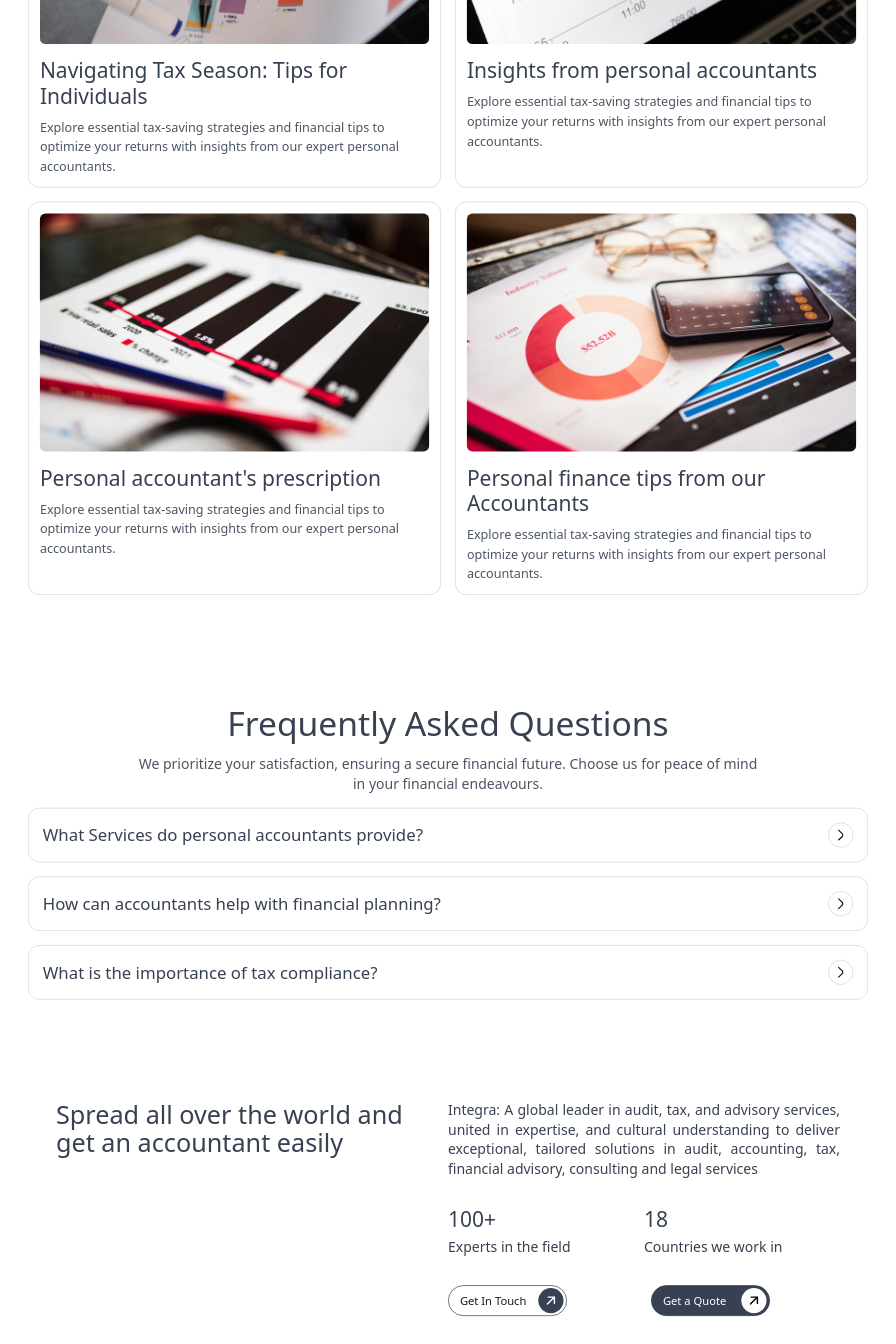
Repository: vespersolutionspk18/integrast-website
Page: /
These files come from the project's save history. The page is drawn as it stood at one moment and after the next save; the edit follows.
The browser window is 1280 px wide. The pictures show the part of the page from y = 2380 to 4300 px (the page is 4300 px tall before and 4216 px after), at 70% of full size.
The project was rebuilt for these pictures with package versions that can differ from the ones it lists, and the page was loaded fresh each time. The framework's server and built-in components were replaced by stand-ins that run in the browser. Also part of the build but not shown: next.config.ts.

Above is the page before, as saved 2024-12-12 14:46:44.

### app/layout.tsx
import type { Metadata } from "next";
import localFont from "next/font/local";
import "./globals.css";

const geistSans = localFont({
  src: "./fonts/GeistVF.woff",
  variable: "--font-geist-sans",
  weight: "100 900",
});
const geistMono = localFont({
  src: "./fonts/GeistMonoVF.woff",
  variable: "--font-geist-mono",
  weight: "100 900",
});

export const metadata: Metadata = {
  title: "Integra Strategy",
  description: "-",
};

export default function RootLayout({
  children,
}: Readonly<{
  children: React.ReactNode;
}>) {
  return (
    <html lang="en">
      <body
        className={`${geistSans.variable} ${geistMono.variable} antialiased`}
      >
        {children}
      </body>
    </html>
  );
}

### app/page.tsx
import Image from "next/image";
import Header from "./Header";
import Hero from "./Hero";
import Services from "./Services";
import Postsart from "./Postsart";
import Faqsection from "./Faqsection";
import GetinTouchSection from "./GetinTouchSection";

export default function Home() {
  return (
    <div>
      <Header />
      <Hero />
      <Services />
      <Postsart />
      <Faqsection />
      <GetinTouchSection />
    </div>
  );
}

### app/Hero.tsx
import React from 'react'
import ButtonArrowwhite from "@/public/assets/buttonarrowwhite.svg";
import ButtonArrow from "@/public/assets/buttonarrow.svg";
const Hero = () => {
  return (
    <div className="flex flex-col p-10 ">
        <div className="flex flex-row mt-24 h-[190px] gap-5 ">
            <div className="w-[55%] flex flex-col">
                <h1 className="font-light font-sans text-6xl text-gray-600">Unlock Prosperity, <span className="text-gray-800">Choose Expert Guidance</span></h1>
                <h4 className="text-xl font-sans font-light text-gray-900 mt-6">Embark on a transformative journey to financial prosperity with our personalized accountancy services</h4>
            </div>
            <div className="w-[45%] flex flex-col justify-between ">
                <h4 className="text-xl text-justify font-light font-sans text-gray-900">Unlock tailored strategies, benefit from insightful guidances, and follow a clear pathway to achieve your financial success. Elevate your financial journey with our dedicated support and expertise. Contact us today to start your journey towards financial freedom.</h4>
                <div className="flex flex-row gap-5 pt-10">
                <div>
                <div id="button"
  className="group  bg-white h-[44px] flex-row border-[1px] border-gray-700 text-gray-900 text-[16px] py-1 px-1 font-light rounded-full hidden md:flex items-center justify-between w-[170px] transition-width duration-500 ease-in-out  hover:w-[195px] hover:bg-gray-700 hover:border-gray-700 hover:text-white hover:cursor-pointer "

>
  <div className="mx-3 font-sans font-regular">Get In Touch</div>
  <div className="bg-gray-700 rounded-full h-[36px] w-[36px] flex items-center justify-center transition-transform duration-500 ease-in-out group-hover:rotate-45">
    <ButtonArrowwhite className="h-[24px] w-[24px]" />
  </div>
            </div>
                </div>
                <div>
                <div id="button"
  className="group  bg-gray-700 h-[44px] flex-row border-[1px] border-gray-700 text-white text-[16px] py-1 px-1 font-light rounded-full hidden md:flex items-center justify-between w-[170px] transition-width duration-500 ease-in-out  hover:w-[195px] hover:bg-white hover:border-gray-700 hover:text-gray-700 hover:cursor-pointer "

>
  <div className="mx-3 font-sans font-regular">Get a Quote</div>
  <div className="bg-white rounded-full h-[36px] w-[36px] flex items-center justify-center transition-transform duration-500 ease-in-out group-hover:rotate-45 group-hover:border-[1px] group-hover:border-gray-700">
    <ButtonArrow className="h-[24px] w-[24px]" />
  </div>
            </div>
                </div>

                </div>
            </div>
        </div>


        <div className="flex flex-row h-[380px] gap-4 mt-16">
            <div className="w-[70%] transition-all duration-500 ease-in-out hover:w-[90%] rounded-2xl bg-cover bg-center" style={{backgroundImage: `url('/assets/heroimage3.jpg')`}}></div>
            <div className="w-[30%] transition-all duration-500 ease-in-out hover:w-[40%] flex flex-col justify-between ">
                <div className="w-full h-full rounded-2xl bg-cover bg-center" style={{backgroundImage: `url('/assets/heroimage4.jpg')`}}></div>
                <h5 className="font-sans text-gray-900 text-justify text-xl mt-3  font-light">Tailored solutions, expert guidance, and strategic planning to secure your wealth and achieve your financial goals seamlessly</h5>
            </div>
        </div>
    </div>
  )
}

export default Hero

### app/Services.tsx
import React from 'react'
import ButtonArrowwhite from "@/public/assets/buttonarrowwhite.svg";
import ButtonArrow from "@/public/assets/buttonarrow.svg";
const Services = () => {
  return (
    <div className="flex flex-col p-10 mt-16 items-center ">
        <div className="flex flex-row items-start justify-start ">
            <div className="w-1/2 font-sans font-light text-5xl text-gray-700">We collaborate across diverse industry landscapes</div>
            <div className="w-1/2 font-sans text-gray-900 text-justify text-xl  font-light">Our commitment to fostering dynamic collaboration allows to navigate the unique challenges and intricacies of various sectors. Our versatile approach ensures tailored solutions that resonate with the distinct needs of each industry.</div>
        </div>
        <div className="flex flex-row gap-5 mt-16">
            <div className="rounded-2xl w-1/3 h-[540px] bg-cover bg-center flex items-end  " style={{backgroundImage: `url('/assets/audit.jpg')`}}>
            <div className="group">
  <div className="bg-white m-4  rounded-[12px] flex flex-col relative transition-all duration-500 ease-in-out hover:pb-[120px] min-h-[180px]">
    <h5 className="ml-5 mt-5 mr-5 mb-5 font-sans text-3xl text-gray-700 font-light">
      Accounting & Finance
    </h5>
    <p className="ml-5 mr-5 mb-5 text-justify font-sans font-light text-xl text-gray-600">
      We are committed to serving the public interest by providing objective assurance over data on which investors rely.
    </p>
    {/* Hidden div */}
    <div className="absolute bottom-5 left-5 text-xl font-sans font-light  text-gray-600 px-4 py-2 rounded-md opacity-0 invisible transition-all duration-500 group-hover:opacity-100 group-hover:visible hover:text-black hover:cursor-pointer  hover:underline">
      Learn More
    </div>
  </div>
</div>

</div>
            <div className="rounded-2xl w-1/3 h-[540px] bg-cover bg-center flex items-end" style={{backgroundImage: `url('/assets/tax.jpg')`}}>
            <div className="group">
  <div className="bg-white m-4  rounded-[12px] flex flex-col relative transition-all duration-500 ease-in-out hover:pb-[120px] min-h-[180px]">
    <h5 className="ml-5 mt-5 mr-5 mb-5 font-sans text-3xl text-gray-700 font-light">
      Tax & Legal
    </h5>
    <p className="ml-5 mr-5 mb-5 text-justify font-sans font-light text-xl text-gray-600">
      We are committed to serving the public interest by providing objective assurance over data on which investors rely.
    </p>
    {/* Hidden div */}
    <div className="absolute bottom-5 left-5 text-xl font-sans font-light  text-gray-600 px-4 py-2 rounded-md opacity-0 invisible transition-all duration-500 group-hover:opacity-100 group-hover:visible hover:text-black hover:cursor-pointer  hover:underline">
      Learn More
    </div>
  </div>
</div>
</div>
            <div className="rounded-2xl w-1/3 h-[540px] bg-cover bg-center flex items-end" style={{backgroundImage: `url('/assets/tech.jpg')`}}>
            <div className="group">
  <div className="bg-white m-4  rounded-[12px] flex flex-col relative transition-all duration-500 ease-in-out hover:pb-[120px] min-h-[180px]">
    <h5 className="ml-5 mt-5 mr-5 mb-5 font-sans text-3xl text-gray-700 font-light">
      Technology & IT
    </h5>
    <p className="ml-5 mr-5 mb-5 text-justify font-sans font-light text-xl text-gray-600">
      We are committed to serving the public interest by providing objective assurance over data on which investors rely.
    </p>
    {/* Hidden div */}
    <div className="absolute bottom-5 left-5 text-xl font-sans font-light  text-gray-600 px-4 py-2 rounded-md opacity-0 invisible transition-all duration-500 group-hover:opacity-100 group-hover:visible hover:text-black hover:cursor-pointer  hover:underline">
      Learn More
    </div>
  </div>
</div>
</div>
        </div>
        <div className="mt-8">
                <div id="button"
  className="group  bg-white h-[44px] flex-row border-[1px] border-gray-700 text-gray-900 text-[16px] py-1 px-1 font-light rounded-full hidden md:flex items-center justify-between w-[190px] transition-width duration-500 ease-in-out hover:cursor-pointer  hover:w-[215px] hover:bg-gray-700 hover:border-gray-700 hover:text-white "

>
  <div className="mx-3 font-sans font-regular">View all Services</div>
  <div className="bg-gray-700 rounded-full h-[36px] w-[36px] flex items-center justify-center transition-transform duration-500 ease-in-out group-hover:rotate-45">
    <ButtonArrowwhite className="h-[24px] w-[24px]" />
  </div>
            </div>
                </div>
    </div>
  )
}

export default Services

### app/Postsart.tsx
import React from 'react'

const Postsart = () => {
  return (
    <div className="w-full flex flex-col p-10 items-center mt-20">
        <h2 className="text-5xl font-sans text-gray-700 font-light">Posts & Articles</h2>
        <p className="font-sans text-xl text-gray-800 font-light text-center mt-5">Stay up-to-date and enahnce your financial literacy with our engaging and informative<br></br>content your key to achieving financial success</p>
        <div className="flex flex-row mt-10 gap-5 w-full">
            <div className="hover:border-black hover:cursor-pointer flex flex-col rounded-2xl w-1/2  border-[1px] p-4 border-gray-300">
            <div className="w-full h-[340px] rounded-[8px] bg-cover bg-center" style={{backgroundImage: `url('/assets/post1.jpg')`}}></div>
            <h5 className="font-sans font-light text-3xl mt-5 text-gray-700">Navigating Tax Season: Tips for Individuals</h5>
            <p className="font-sans font-light text-gray-600 text-lg mt-3">Explore essential tax-saving strategies and financial tips to optimize your returns with insights from our expert personal accountants.</p>
            </div>
            <div className="hover:border-black hover:cursor-pointer flex flex-col rounded-2xl w-1/2  border-[1px] p-4 border-gray-300">
            <div className="w-full h-[340px] rounded-[8px] bg-cover bg-center" style={{backgroundImage: `url('/assets/post2.jpg')`}}></div>
            <h5 className="font-sans font-light text-3xl mt-5 text-gray-700">Insights from personal accountants</h5>
            <p className="font-sans font-light text-gray-600 text-lg mt-3">Explore essential tax-saving strategies and financial tips to optimize your returns with insights from our expert personal accountants.</p>
            </div>
        </div>
        <div className=" flex flex-row mt-5 gap-5 w-full">
            <div className="hover:border-black hover:cursor-pointer flex flex-col rounded-2xl w-1/2  border-[1px] p-4 border-gray-300">
            <div className="w-full h-[340px] rounded-[8px] bg-cover bg-center" style={{backgroundImage: `url('/assets/post3.jpg')`}}></div>
            <h5 className="font-sans font-light text-3xl mt-5 text-gray-700">Personal accountant's prescription</h5>
            <p className="font-sans font-light text-gray-600 text-lg mt-3">Explore essential tax-saving strategies and financial tips to optimize your returns with insights from our expert personal accountants.</p>
            </div>
            <div className="hover:border-black hover:cursor-pointer flex flex-col rounded-2xl w-1/2  border-[1px] p-4 border-gray-300">
            <div className="w-full h-[340px] rounded-[8px] bg-cover bg-center" style={{backgroundImage: `url('/assets/post4.jpg')`}}></div>
            <h5 className="font-sans font-light text-3xl mt-5 text-gray-700">Personal finance tips from our Accountants</h5>
            <p className="font-sans font-light text-gray-600 text-lg mt-3">Explore essential tax-saving strategies and financial tips to optimize your returns with insights from our expert personal accountants.</p>
            </div>
        </div>
    </div>
  )
}

export default Postsart

### app/Faqsection.tsx
"use client";
import React, { useState } from "react";
import ButtonRight from "@/public/assets/right.svg";
import ButtonArrowwhite from "@/public/assets/buttonarrowwhite.svg";
import ButtonArrow from "@/public/assets/buttonarrow.svg";

const Faqsection = () => {
  // Array of FAQs
  const faqs = [
    {
      question: "What Services do personal accountants provide?",
      answer:
        "Personal accountants provide a variety of services, including tax preparation, financial planning, and investment advice. They also help manage budgets, track expenses, and ensure compliance with financial regulations.",
    },
    {
      question: "How can accountants help with financial planning?",
      answer:
        "Accountants assist in creating budgets, managing investments, and developing long-term financial strategies tailored to individual needs.",
    },
    {
      question: "What is the importance of tax compliance?",
      answer:
        "Tax compliance ensures that individuals and businesses meet their legal obligations, avoiding penalties and fostering financial stability.",
    },
  ];

  // State to track which FAQ is expanded
  const [expandedIndex, setExpandedIndex] = useState(null);

  // Toggle function
  const toggleSection = (index) => {
    setExpandedIndex((prevIndex) => (prevIndex === index ? null : index));
  };

  return (
    <div className="flex flex-col p-10 items-center mt-20">
      <h2 className="font-sans font-light text-5xl text-gray-700">
        Frequently Asked Questions
      </h2>
      <p className="font-sans mt-5 font-light text-xl text-gray-600 text-center">
        We prioritize your satisfaction, ensuring a secure financial future.
        Choose us for peace of mind
        <br />
        in your financial endeavours.
      </p>
      <div className="w-full flex flex-col gap-5 mt-5">
        {faqs.map((faq, index) => (
          <div
            key={index}
            className={`border-[1px] ${
              expandedIndex === index ? "border-gray-500" : "border-gray-300"
            } rounded-2xl p-5 flex flex-col transition-all duration-500`}
          >
            <div
              onClick={() => toggleSection(index)}
              className="flex flex-row justify-between items-center cursor-pointer"
            >
              <h5 className="font-sans font-light text-2xl text-gray-700">
                {faq.question}
              </h5>
              <div
                className={`bg-white border-[1px] border-gray-300 rounded-full h-[36px] w-[36px] flex items-center justify-center transition-transform duration-500 ease-in-out ${
                  expandedIndex === index ? "rotate-90" : "rotate-0, "
                }`}
              >
                <ButtonRight className="h-[24px] w-[24px]" />
              </div>
            </div>
            {/* Expandable content */}
            <div
              className={`overflow-hidden transition-all duration-500 ease-in-out ${
                expandedIndex === index ? "max-h-[200px] mt-5" : "max-h-0"
              }`}
            >
              <p className="text-gray-600 font-sans font-light text-lg">{faq.answer}</p>
            </div>
          </div>
        ))}
      </div>
    </div>
  );
};

export default Faqsection;

### app/GetinTouchSection.tsx
import React from 'react'
import ButtonArrowwhite from "@/public/assets/buttonarrowwhite.svg";
import ButtonArrow from "@/public/assets/buttonarrow.svg";
const GetinTouchSection = () => {
  return (
    <div className="mt-16">
        <div className="flex flex-row p-10 ">
        <div className="ml-10 w-1/2 font-sans font-light text-gray-700 text-4xl">
        <b>Spread all over the world</b> and get an accountant easily
        </div>
        <div className="mr-10 w-1/2 flex flex-col">
        <p className="font-light text-xl text-gray-700 font-sans text-justify">
            Integra: A global leader in audit, tax, and advisory services, united in expertise, and cultural understanding to deliver exceptional, tailored solutions in audit, accounting, tax, financial advisory, consulting and legal services
        </p>
        <div className="flex flex-row justify-between mt-10">
        <div className="w-1/2 flex flex-col gap-2">
        <h5 className="font-sans font-light text-3xl text-gray-700">100+</h5>
        <p className="font-sans font-light text-xl text-gray-700">Experts in the field</p>
        </div>
        <div className="w-1/2 flex flex-col gap-2">
        <h5 className="font-sans font-light text-3xl text-gray-700">18</h5>
        <p className="font-sans font-light text-xl text-gray-700">Countries we work in </p>
        </div>
        </div>
        <div className="flex flex-row gap-5 pt-10">
                <div className="w-1/2">
                <div id="button"
  className="group  bg-white h-[44px] flex-row border-[1px] border-gray-700 text-gray-900 text-[16px] py-1 px-1 font-light rounded-full hidden md:flex items-center justify-between w-[170px] transition-width duration-500 ease-in-out  hover:w-[195px] hover:bg-gray-700 hover:border-gray-700 hover:text-white hover:cursor-pointer "

>
  <div className="mx-3 font-sans font-regular">Get In Touch</div>
  <div className="bg-gray-700 rounded-full h-[36px] w-[36px] flex items-center justify-center transition-transform duration-500 ease-in-out group-hover:rotate-45">
    <ButtonArrowwhite className="h-[24px] w-[24px]" />
  </div>
            </div>
                </div>
                <div className="w-1/2">
                <div id="button"
  className="group  bg-gray-700 h-[44px] flex-row border-[1px] border-gray-700 text-white text-[16px] py-1 px-1 font-light rounded-full hidden md:flex items-center justify-between w-[170px] transition-width duration-500 ease-in-out  hover:w-[195px] hover:bg-white hover:border-gray-700 hover:text-gray-700 hover:cursor-pointer "

>
  <div className="mx-3 font-sans font-regular">Get a Quote</div>
  <div className="bg-white rounded-full h-[36px] w-[36px] flex items-center justify-center transition-transform duration-500 ease-in-out group-hover:rotate-45 group-hover:border-[1px] group-hover:border-gray-700">
    <ButtonArrow className="h-[24px] w-[24px]" />
  </div>
            </div>
                </div>

                </div>
        </div>
    </div>
    </div>
  )
}

export default GetinTouchSection

Loaded but not shown: app/globals.css (common file); app/Header.tsx (common file); tailwind.config.ts (common file)

After the next save:
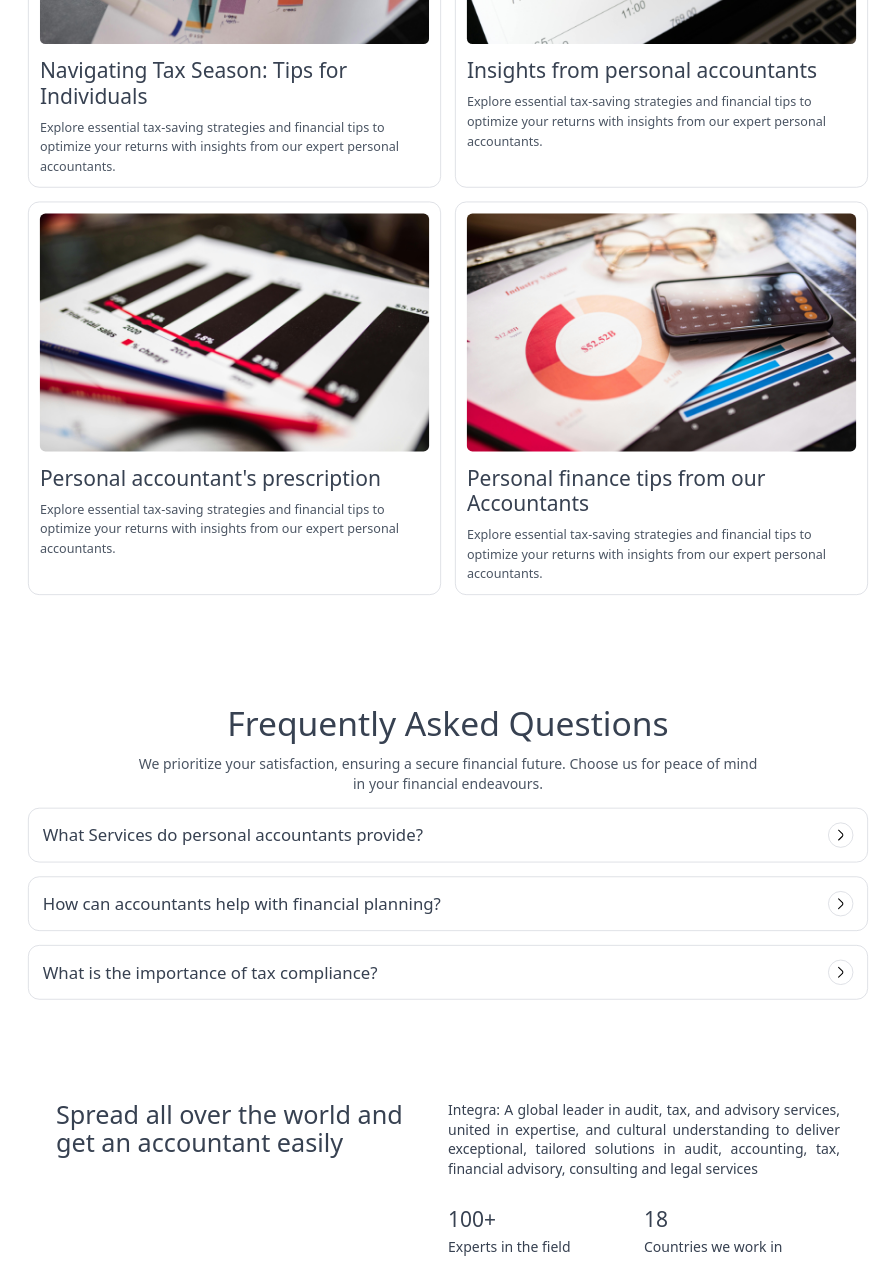
Saved 17 s later.
--- a/app/GetinTouchSection.tsx
+++ b/app/GetinTouchSection.tsx
@@ -1,6 +1,7 @@
 import React from 'react'
 import ButtonArrowwhite from "@/public/assets/buttonarrowwhite.svg";
 import ButtonArrow from "@/public/assets/buttonarrow.svg";
+
 const GetinTouchSection = () => {
   return (
     <div className="mt-16">
@@ -22,31 +23,7 @@ const GetinTouchSection = () => {
         <p className="font-sans font-light text-xl text-gray-700">Countries we work in </p>
         </div>
         </div>
-        <div className="flex flex-row gap-5 pt-10">
-                <div className="w-1/2">
-                <div id="button"
-  className="group  bg-white h-[44px] flex-row border-[1px] border-gray-700 text-gray-900 text-[16px] py-1 px-1 font-light rounded-full hidden md:flex items-center justify-between w-[170px] transition-width duration-500 ease-in-out  hover:w-[195px] hover:bg-gray-700 hover:border-gray-700 hover:text-white hover:cursor-pointer "
 
->
-  <div className="mx-3 font-sans font-regular">Get In Touch</div>
-  <div className="bg-gray-700 rounded-full h-[36px] w-[36px] flex items-center justify-center transition-transform duration-500 ease-in-out group-hover:rotate-45">
-    <ButtonArrowwhite className="h-[24px] w-[24px]" />
-  </div>
-            </div>
-                </div>
-                <div className="w-1/2">
-                <div id="button"
-  className="group  bg-gray-700 h-[44px] flex-row border-[1px] border-gray-700 text-white text-[16px] py-1 px-1 font-light rounded-full hidden md:flex items-center justify-between w-[170px] transition-width duration-500 ease-in-out  hover:w-[195px] hover:bg-white hover:border-gray-700 hover:text-gray-700 hover:cursor-pointer "
-
->
-  <div className="mx-3 font-sans font-regular">Get a Quote</div>
-  <div className="bg-white rounded-full h-[36px] w-[36px] flex items-center justify-center transition-transform duration-500 ease-in-out group-hover:rotate-45 group-hover:border-[1px] group-hover:border-gray-700">
-    <ButtonArrow className="h-[24px] w-[24px]" />
-  </div>
-            </div>
-                </div>
-
-                </div>
         </div>
     </div>
     </div>
